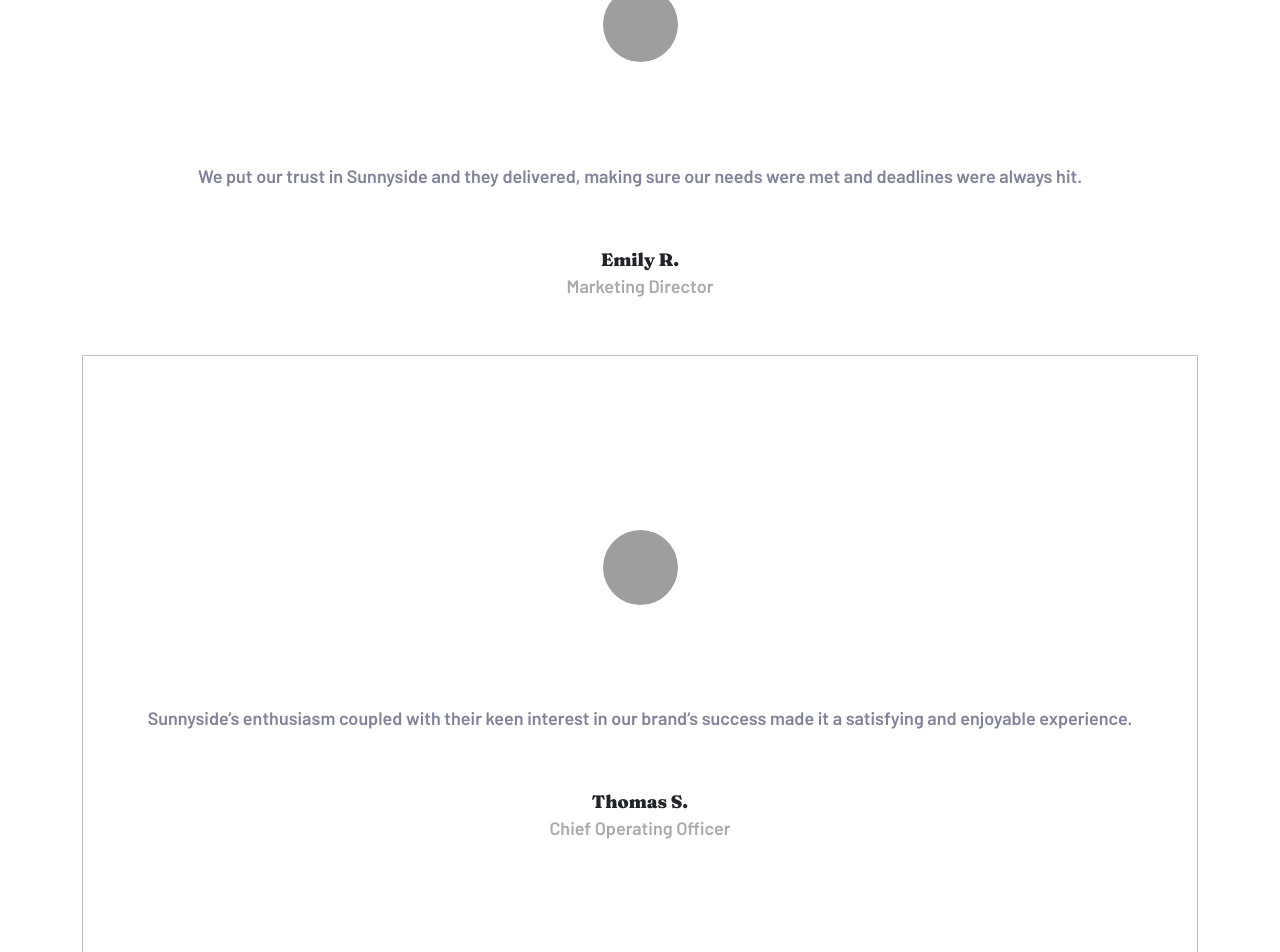
Repository: Roshanell/Sunny-Side-Agency
Page: index.html
These files come from the project's save history. The page is drawn as it stood at one moment and after the next save; the edit follows.
The browser window is 1280 px wide. The pictures show the part of the page from y = 5548 to 6500 px (the page is 8525 px tall).
Pictures or frames that could not be fetched are drawn as grey boxes.

Above is the page before, as saved 2022-07-03 17:53:06.

After the next save:
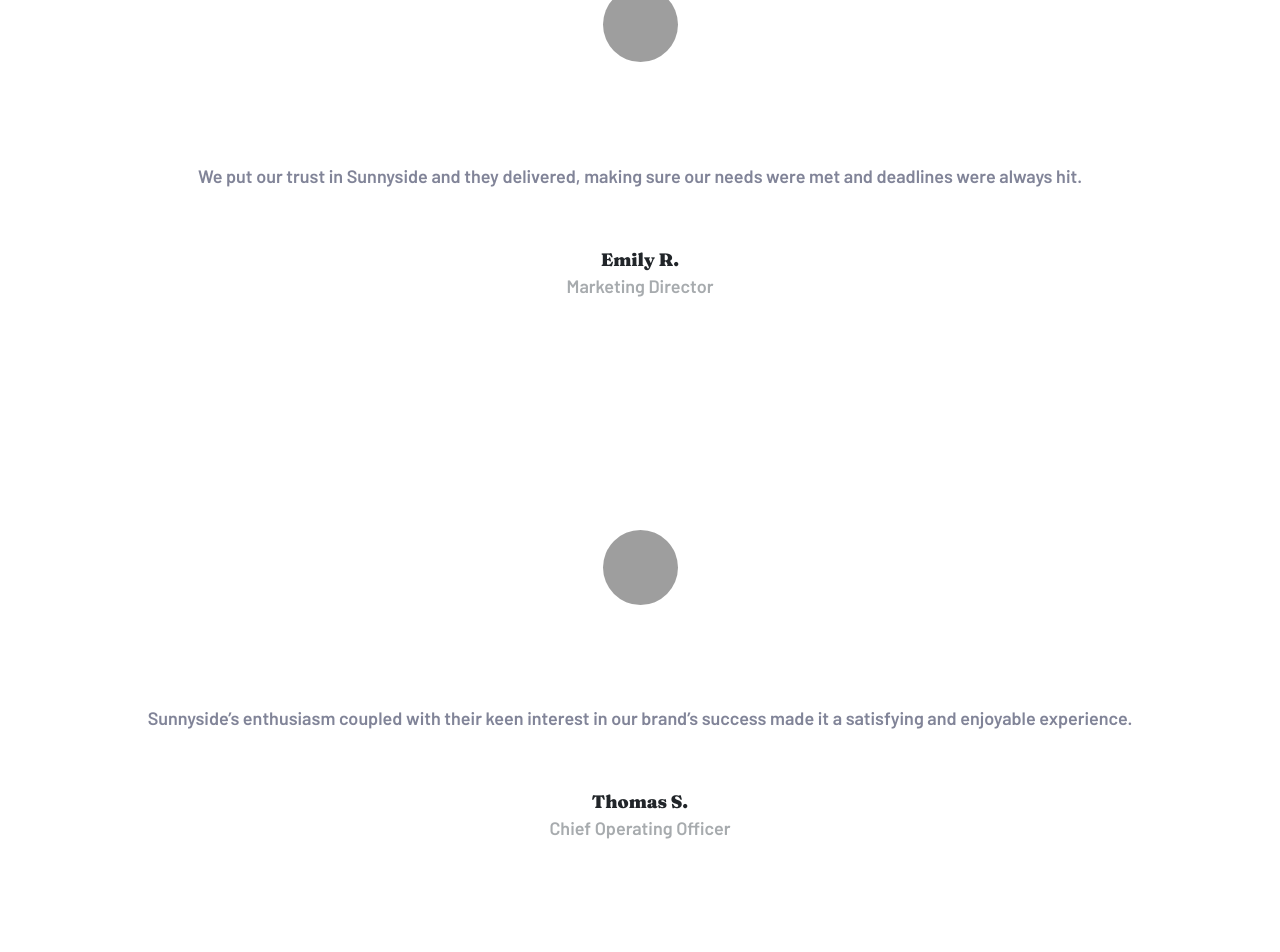
Saved 5 s later.
--- a/css/style.css
+++ b/css/style.css
@@ -320,7 +320,7 @@ span a {
 }
 
 .testimonialTwo {
-  border: solid 1px silver;
+  /* border: solid 1px silver; */
   display: flex;
   flex-direction: column;
   justify-content: center;
